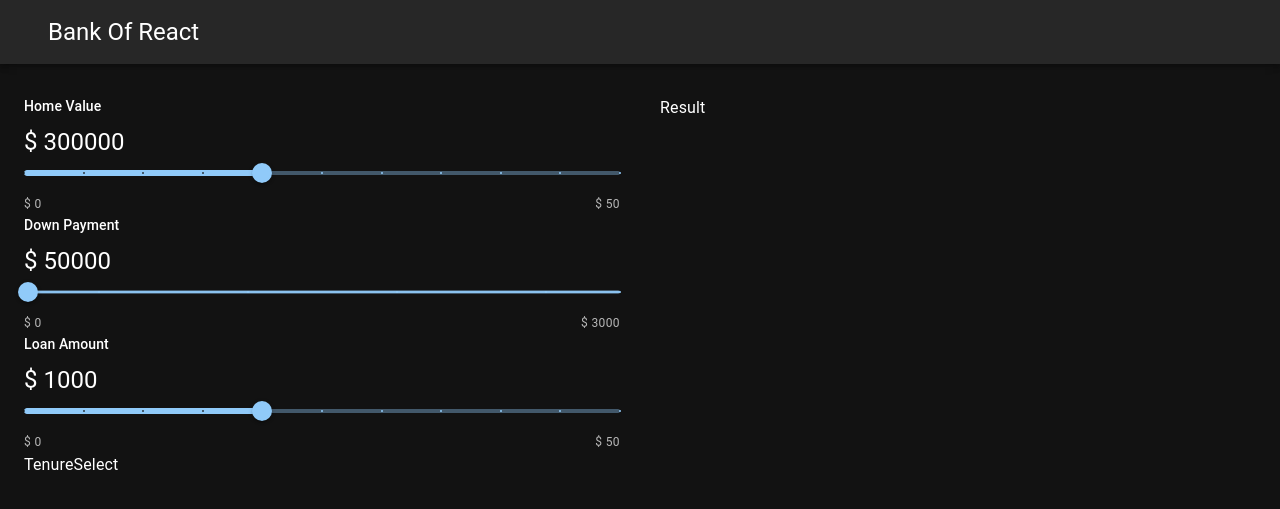
Repository: MikeeBuilds/mortgage-calculator
Page: /
The author's editor kept a copy of each file at every save. The page is drawn from the files as they stood at one save, then again after the next save.
The browser window is 1280 px wide. The pictures show the whole page.
The project was rebuilt for these pictures with package versions that can differ from the ones it lists, and the page was loaded fresh each time.

Above is the page before, as saved 2023-04-03 21:48:12.

### src/index.js
import React from 'react';
import ReactDOM from 'react-dom/client';
import  CssBaseline  from '@mui/material/CssBaseline';
import { ThemeProvider, createTheme } from '@mui/material/styles';
import App from './App';
import reportWebVitals from './reportWebVitals';
import { theme } from './theme';

const root = ReactDOM.createRoot(document.getElementById('root'));
root.render(
  <React.StrictMode>
    <ThemeProvider theme={theme}>
      <CssBaseline />
    <App />
    </ThemeProvider>
  </React.StrictMode>
);

// If you want to start measuring performance in your app, pass a function
// to log results (for example: reportWebVitals(console.log))
// or send to an analytics endpoint. Learn more: https://bit.ly/CRA-vitals
reportWebVitals();

### src/App.js
import { Container, Grid } from "@mui/material";
import Navbar from "./components/Navbar";
import Result from "./components/Result";
import SliderSelect from "./components/SliderSelect";
import TenureSelect from "./components/TenureSelect";


function App() {
  return (
    <div className="App">
      <Navbar />
      <Container maxWidth="xl" sx={{ marginTop: 4 }}>
        <Grid container spacing={5}>

          <Grid item xs={12} md={6}>
            <SliderSelect />
            <TenureSelect />
          </Grid>
          <Grid item xs={12} md={6}>
            <Result />

          </Grid>

        </Grid>
      </Container>
    </div>
  );
}

export default App;

### src/theme.js
import {  createTheme } from "@mui/material/styles";

export const theme = createTheme({
    palette: {
        mode: "dark",
    },
    typography: {
        h1: {

        },
    },
});

### src/components/Navbar.js
import React from 'react'
import AppBar from '@mui/material/AppBar'
import ToolBar from '@mui/material/Toolbar'
import Typography from '@mui/material/Typography'
import Container from '@mui/material/Container'

const Navbar = () => {
  return (
    <AppBar position="static">
      <Container maxWidth='xl'>
        <ToolBar>
            <Typography variant="h5" component="div" sx={{ flexGrow: 1 }}>
                Bank Of React
            </Typography>
        </ToolBar>
      </Container>
    </AppBar>
  )
}

export default Navbar

### src/components/SliderSelect.js
import React, { Fragment } from 'react'
import SliderComponent from './common/SliderComponent'

const SliderSelect = () => {
  return (
    <>
        <SliderComponent
            label='Home Value'
            min={0}
            max={50}
            defaultValue={20}
            step={5 }
            onChange={(e, value) => console.log(value)}
            unit='$'
            amount={300000}
        />
          <SliderComponent
            label='Down Payment'
            min={0}
            max={3000}
            defaultValue={20}
            step={5 }
            onChange={(e, value) => console.log(value)}
            unit={'$'}
            amount={50000}
        />
          <SliderComponent
            label='Loan Amount'
            min={0}
            max={50}
            defaultValue={20}
            step={5 }
            onChange={(e, value) => console.log(value)}
            unit={'$'}
            amount={1000}
        />

    </>


  )
}

export default SliderSelect

### src/components/TenureSelect.js
import React from 'react'

const TenureSelect = () => {
  return (
    <div>TenureSelect</div>
  )
}

export default TenureSelect

### src/components/common/SliderComponent.js
import React from 'react'
import Slider from '@mui/material/Slider'
import { Stack, Typography } from '@mui/material'

const SliderComponent = ({ defaultValue, min, max, step, onChange, value, label, unit, amount }) => {
  return (
  <>
    <Stack gap={1}>
      <Typography variant='subtitle2'>{label}</Typography>
      <Typography variant='h5'>{unit} {amount}</Typography>
    </Stack>

    <Slider
      defaultValue={defaultValue}
      min={min} max={max}
      aria-label='Default'
      valueLabelDisplay='auto'
      marks
      step={step}
      onChange={onChange}
      value={value}
      />
      <Stack direction='row' justifyContent='space-between'>
    <Typography variant='caption' color='text.secondary'>{unit} {min}</Typography>
    <Typography variant='caption' color='text.secondary'>{unit} {max}</Typography>
      </Stack>

  </>
  )
}

export default SliderComponent

Loaded but not shown: public/index.html (common file); src/reportWebVitals.js (common file); src/components/Result.js (common file)

After the next save:
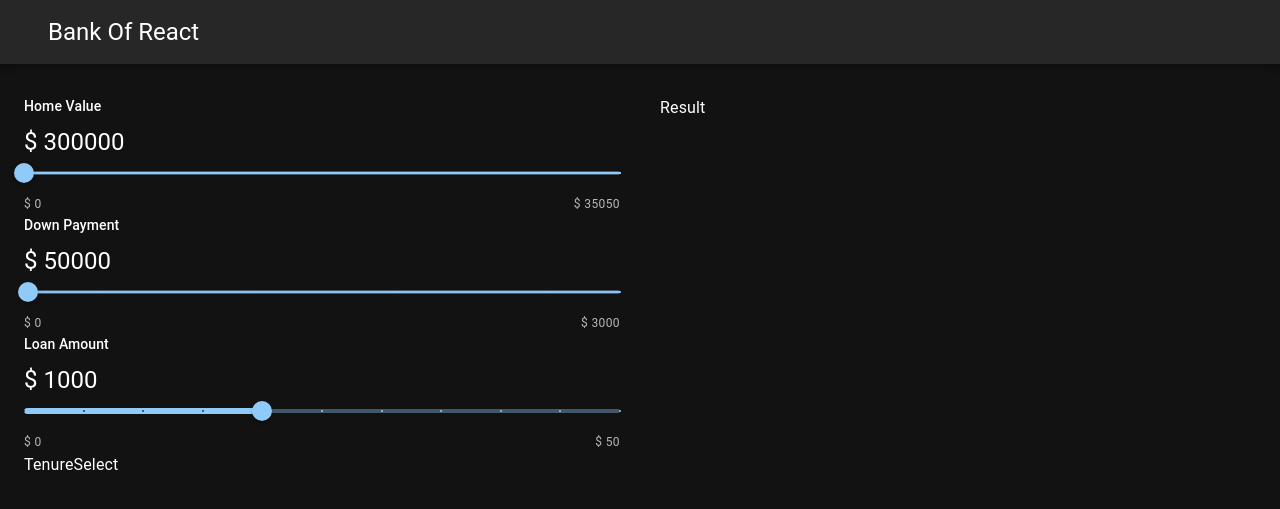
Saved 12 s later.
--- a/src/components/SliderSelect.js
+++ b/src/components/SliderSelect.js
@@ -7,7 +7,7 @@ const SliderSelect = () => {
         <SliderComponent
             label='Home Value'
             min={0}
-            max={50}
+            max={35050}
             defaultValue={20}
             step={5 }
             onChange={(e, value) => console.log(value)}
